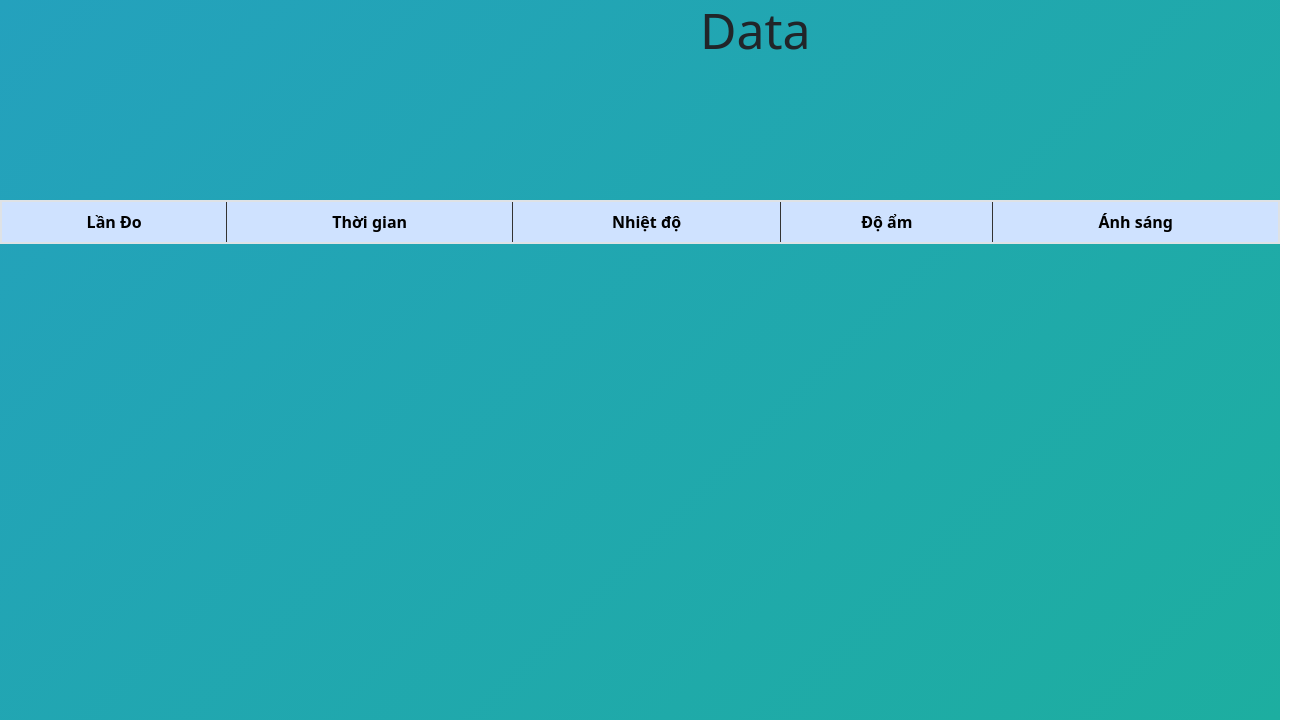
Repository: ndmq03102002/BTL_IOT
Page: Fontend_IOT/iot/data.html
These files come from the project's save history. The page is drawn as it stood at one moment and after the next save; the edit follows.
The browser window is 1280 px wide. The page is 1280 px wide, then 1300 px, then 1280 px, so the pictures cover 1300 px, including what lies to the right of the window. The pictures show the whole page.
The page's requests for data from a server got no answer.

Above is the page before, as saved 2023-09-08 00:02:10.

After the next save:
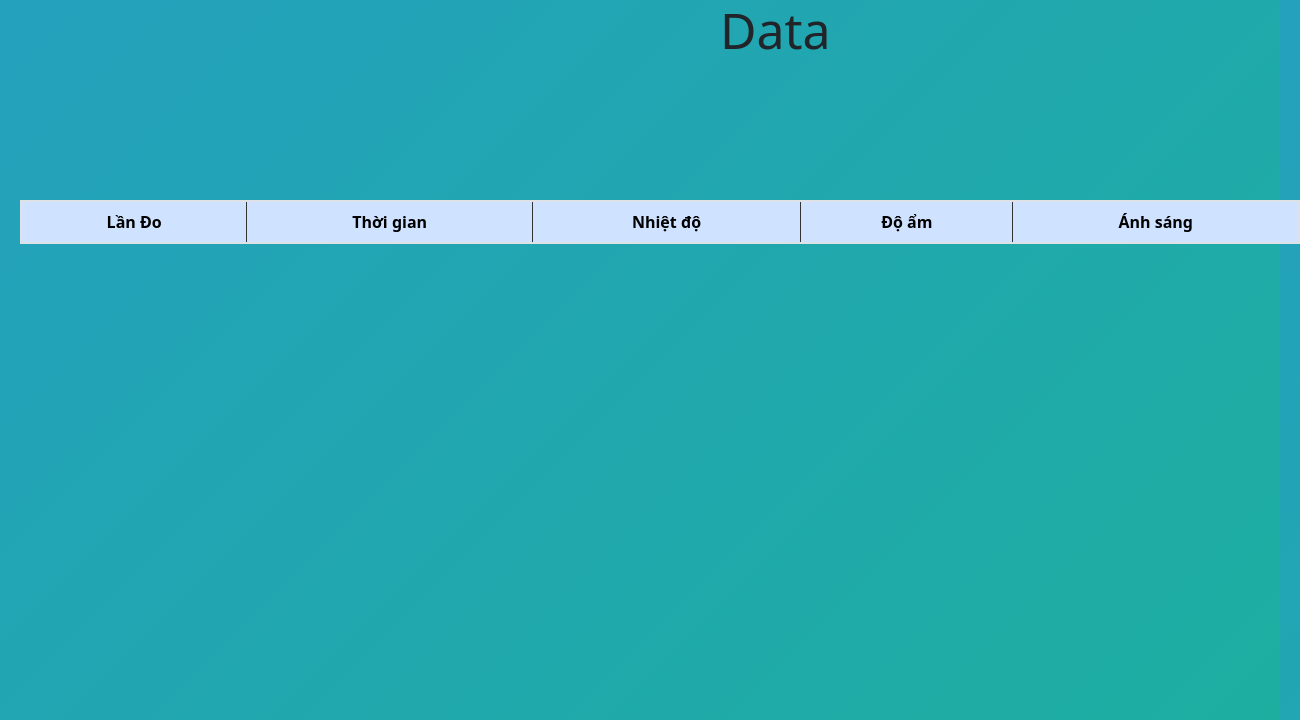
Saved 27 s later.
--- a/Fontend_IOT/iot/data.html
+++ b/Fontend_IOT/iot/data.html
@@ -10,6 +10,7 @@
         position: relative;
         background: linear-gradient(135deg, #24a1bd, #1daea0);
         height: 100vh;
+        padding: 0 20px;
       }
       form {
         position: absolute;
@@ -29,7 +30,7 @@
         border-collapse: collapse;
         border: 2px solid #333;
         background-color: white;
-        padding: 10px;
+
       }
       th,
       td {

After the save that followed:
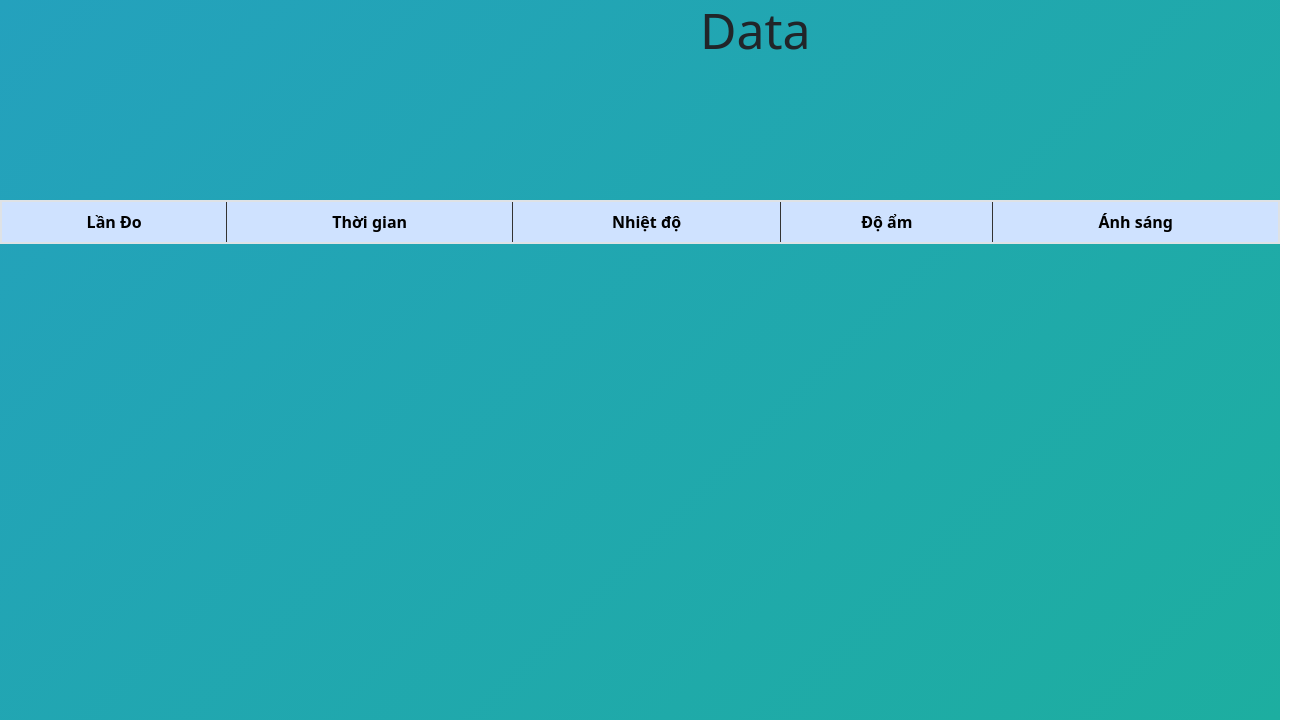
Saved 61 s later.
--- a/Fontend_IOT/iot/data.html
+++ b/Fontend_IOT/iot/data.html
@@ -10,7 +10,6 @@
         position: relative;
         background: linear-gradient(135deg, #24a1bd, #1daea0);
         height: 100vh;
-        padding: 0 20px;
       }
       form {
         position: absolute;
@@ -30,7 +29,7 @@
         border-collapse: collapse;
         border: 2px solid #333;
         background-color: white;
-
+        border-spacing: 20px;
       }
       th,
       td {
